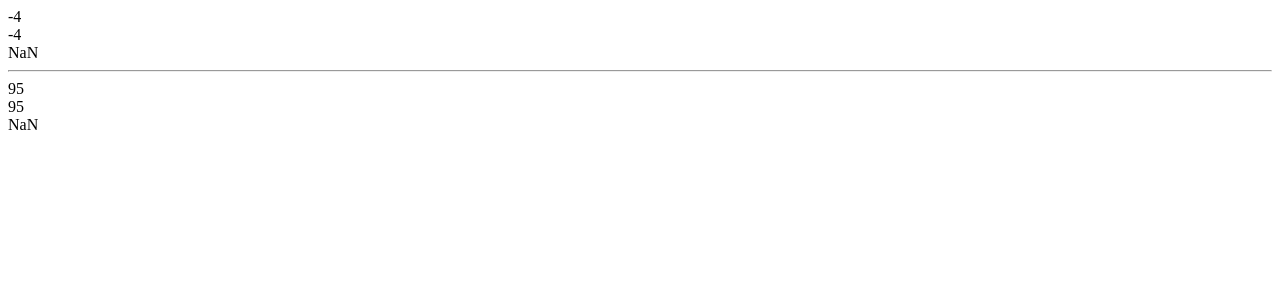
Repository: wjsjsn/23_webstudy
Page: 03_javascript/src/main/webapp/day03/Ex04_math.html
An editor plug-in stored every save of this project. The page is shown before and after the next save, followed by the edit.
The browser window is 1280 px wide. The pictures show the whole page.

Above is the page before, as saved 2023-06-29 02:55:13.

After the next save:
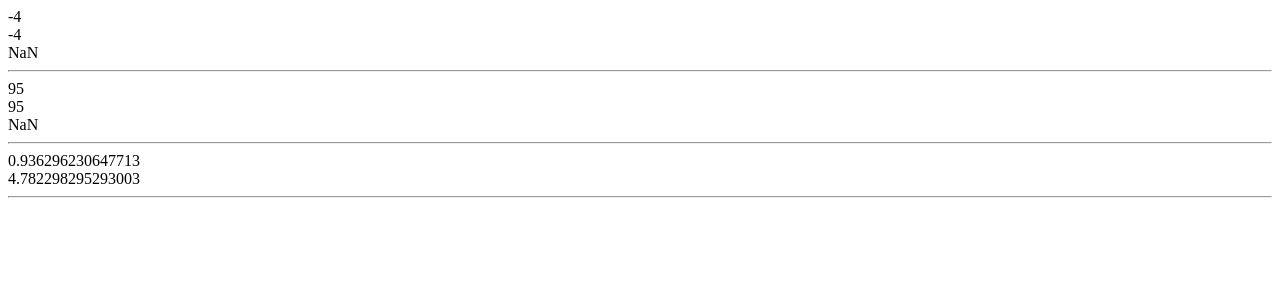
Saved 2 min 39 s later.
--- a/03_javascript/src/main/webapp/day03/Ex04_math.html
+++ b/03_javascript/src/main/webapp/day03/Ex04_math.html
@@ -5,14 +5,23 @@
 <title>Math 객체</title>
 <script type="text/javascript">
 	// 주요 메서드 : min, max, random, round, floor, ceil
+
+	// min(...) : 인자들 중 가장 작은 값
 	document.write(Math.min(1, -2, 95, -4, 40, 67) + "<br>");      // -4
 	document.write(Math.min(1, -2, 95, "-4", 40, 67) + "<br>");    // -4
 	document.write(Math.min(1, -2, 95, "hello", 40, 67) + "<br>"); // NaN
 	document.write("<hr>");
 
+	// max(...) : 인자들 중 가장 큰 값
 	document.write(Math.max(1, -2, 95, -4, 40, 67) + "<br>");      // 95
 	document.write(Math.max(1, -2, 95, "-4", 40, 67) + "<br>");    // 95
 	document.write(Math.max(1, -2, 95, "hello", 40, 67) + "<br>"); // NaN
+	document.write("<hr>");
+
+	// random() : 난 수 발생(0.0 - 1.0 미만)
+	document.write(Math.random() + "<br>");
+	document.write((Math.random() * 9) + "<br>"); // 0 ~ 8까지
+	document.write("<hr>");
 
 </script>
 </head>
